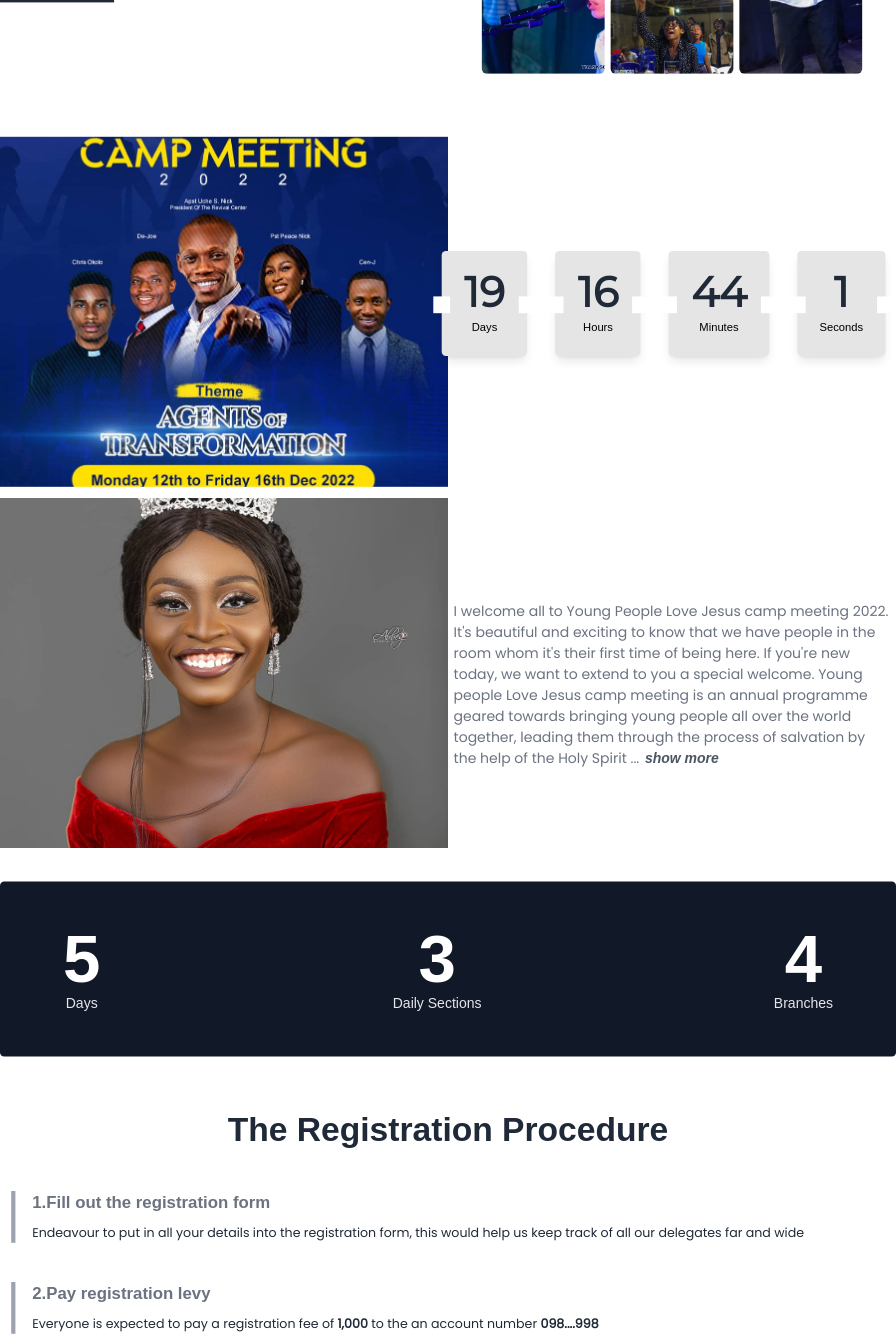
Repository: Ifenna-Pascal/user-camp-onboarding
Page: /
These files come from the project's save history. The page is drawn as it stood at one moment and after the next save; the edit follows.
The browser window is 1280 px wide. The pictures show the part of the page from y = 609 to 2529 px (the page is 3406 px tall), at 70% of full size.
Some web fonts or font styles are not loaded; a fallback is used. The project was rebuilt for these pictures with package versions that can differ from the ones it lists, and the page was loaded fresh each time. The framework's server and built-in components were replaced by stand-ins that run in the browser. Also part of the build but not shown: next.config.js, components/hooks/useSetting.jsx, components/general/Carousel.jsx, components/sections/HowItWorks.jsx, styles/Home.module.css.

Above is the page before, as saved 2022-11-26 11:24:46.

### pages/_app.js
import Mainlayout from "../components/layout";
import "../styles/globals.css";
import "remixicon/fonts/remixicon.css";

function MyApp({ Component, pageProps }) {
  return (
    <Mainlayout>
      <Component {...pageProps} />
    </Mainlayout>
  );
}

export default MyApp;

### components/layout/index.jsx
import React from "react";
import Footer from "./Footer";
import Nav from "./Nav";

function Mainlayout({ children }) {
  return (
    <div className="relative">
      <Nav />
      <main>{children}</main>
      <Footer />
    </div>
  );
}

export default Mainlayout;

### styles/globals.css
@import url('https://fonts.googleapis.com/css2?family=Poppins&family=Sono:wght@400;500&display=swap');
@import url('https://fonts.googleapis.com/css2?family=Montserrat&family=Source+Sans+Pro&display=swap');

* {
  padding: 0;
  margin: 0;
  box-sizing: border-box;
  scroll-behavior: smooth;
}

html,
body {
  padding: 0;
  margin: 0;
  font-family: -apple-system, BlinkMacSystemFont, Segoe UI, Roboto, Oxygen,
    Ubuntu, Cantarell, Fira Sans, Droid Sans, Helvetica Neue, sans-serif;
}

a {
  color: inherit;
  text-decoration: none;
}

* {
  box-sizing: border-box;
}

@media (prefers-color-scheme: dark) {
  html {
    color-scheme: dark;
  }
  body {
    color: white;
    background: black;
  }
}

@tailwind base;
@tailwind components;
@tailwind utilities;

### components/layout/Footer.jsx
import React from "react";

function Footer() {
  return (
    <div className="bg-gray-900 w-full h-[70px]  flex items-center justify-center">
      <p className="text-center flex items-center text-white font-sono text-xl">
        {" "}
        <span className="text-4xl mr-2">&copy;</span> YPLJ Camp Meeting 2022{" "}
      </p>
    </div>
  );
}

export default Footer;

### components/layout/Nav.jsx
import Link from "next/link";
import { useRouter } from "next/router";
import React, { useState } from "react";
import Button from "../general/Button";
import NavLink from "../general/NavLink";

function Nav() {
  const [show, setShow] = useState(false);
  const router = useRouter();
  const toggle = () => {
    setShow(!show);
  };
  return (
    <div className="lg:sticky  top-0 w-full shadow-sm mb-4 z-50 px-6 lg:px-0 bg-white">
      <nav className="w-full lg:py-6 py-5 flex items-center  lg:max-w-[1450px] lg:mx-auto justify-between">
        <Link href="/">
          {" "}
          <h1 className="font-sono text-2xl lg:text-4xl ">YEMs</h1>
        </Link>
        <ul className="lg:flex items-center hidden justify-between">
          <NavLink href="/#home" name="About Us" />
          <NavLink href="/#process" name="Process" />
          <NavLink href="/#reviews" name="Reviews" />
          <Link href="/register">
            <Button text="Register" />
          </Link>
        </ul>
        <button
          className='block md:hidden className="w-full px-2 py-1 rounded-lg text-AP-grey-200 hover:text-AP-blue-200 border-AP-grey-200 hover:border-AP-blue-400'
          onClick={toggle}
        >
          <i
            className={`${
              !show ? "ri-menu-3-fill duration-500" : "ri-close-line"
            } text-2xl text-gray-800`}
          />
        </button>
      </nav>
      <div
        className={`flex lg:hidden ${
          show
            ? "flex duration-500  flex-col items-center space-y-8 pt-2 "
            : "hidden"
        }`}
      >
        <NavLink href="/#home" name="About Us" />
        <NavLink href="/#process" name="Process" />
        <NavLink href="/#reviews" name="Reviews" />
        {router.pathname !== "/register" && (
          <Link href="/register">
            <Button text="Register" onClick={() => setShow(false)} />
          </Link>
        )}
      </div>
    </div>
  );
}

export default Nav;

### components/sections/Hero.jsx
import Link from "next/link";
import React from "react";
import Button from "../general/Button";
import HeroRight from "../general/HeroRight";

function Hero() {
  return (
    <div
      id="home"
      className="lg:h-[90vh] min-h-screen  grid grid-cols-1 lg:grid-cols-2"
    >
      <div className="w-full flex py-6 lg:py-0  lg:-mt-8 lg:items-start items-center flex-col justify-center h-full">
        <h1 className="text-3xl lg:text-6xl text-gray-800 text-center lg:text-left leading-[50px] lg:leading-[75px] font-semibold font-sono">
          Raising Agents Of Transformation
        </h1>

        <p className="text-lg lg:max-w-[600px] text-gray-700 py-2 text-center lg:text-left leading-[35px] lg:leading-[30px] font-poppins px-4 lg:px-0 lg:pr-[50px]">
          In the last days, says the Lord, I will pour out my spirit upon all
          flesh, and your <b>sons and daughters</b> shall prophesy, your old men
          shall dream dreams, shall see visions. <strong>Joel 2:28</strong>
        </p>
        <div className="mt-4">
          <Link href={"/register"}>
            {" "}
            <Button text={"Join Us"} />
          </Link>
        </div>
      </div>
      <div className="lg:p-4 w-[97%]   h-full mx-auto lg:w-full">
        {" "}
        <HeroRight />{" "}
      </div>
    </div>
  );
}

export default Hero;

### components/sections/Numerics.jsx
import React from "react";
import CountUp from "react-countup";
function Numerics() {
  return (
    <div className="bg-gray-900 rounded-md px-3 lg:px-0 flex lg:flex-row flex-col justify-center my-12 min-h-[600px] lg:min-h-[250px] w-full">
      <div className="lg:max-w-[1100px] flex lg:flex-row flex-col lg:items-center w-full justify-between mx-auto">
        <Numeric figure={5} text="Days" />
        <Numeric figure={3} text="Daily Sections" />
        <Numeric figure={4} text="Branches" />
      </div>
    </div>
  );
}

export default Numerics;

const Numeric = ({ figure, text }) => (
  <div className="flex flex-col cursor-pointer mb-12 lg:mb-0 items-center">
    <h1 className="text-white hover:scale-[1.3] hover:mb-2 duration-500 font-sono font-semibold text-8xl">
      <CountUp
        end={figure}
        duration={2.75}
        useEasing
        enableScrollSpy
        scrollSpyDelay={1}
      />
    </h1>
    <p className="text-center font-sono text-xl text-gray-200">{text}</p>
  </div>
);

### components/sections/Reviews.jsx
import React from "react";
import Header from "../general/Header";
import ReviewCarousel from "../general/ReviewCarousel";

function Reviews() {
  return (
    <div className="mb-24" id="reviews">
      <Header
        header={"What The People Say..."}
        // content="Lorem ipsum dolor sit amet consectetur adipisicing elit. Culpa saepe iusto nisi! Nostrum tempore consequatur rerum! Cumque sequi tenetur ea! Impedit delectus facere est cupiditate, voluptatibus adipisci ipsum consectetur beatae."
      />
      <ReviewCarousel />
    </div>
  );
}

export default Reviews;

### components/sections/Speech.jsx
/* eslint-disable @next/next/no-img-element */
import React, { useState } from "react";

function Speech() {
  const [show, setShow] = useState(false);
  let p = `  I welcome all to Young People Love Jesus camp meeting 2022. It's
    beautiful and exciting to know that we have people in the room whom
    it's their first time of being here. If you're new today, we want to
    extend to you a special welcome. Young people Love Jesus camp meeting
    is an annual programme geared towards bringing young people all over
    the world together, leading them through the process of salvation by
    the help of the Holy Spirit (for those who haven't experienced this),
    passing them through teachings and training made to equip them for the
    days ahead, and helping them through Christ fulfill their purposes.
    The theme for this year - Agents of Transformation - has kept me
    bubbling with excitement and earnest expectation as to what this
    year's camp meeting holds for us and I can't wait to take hold of the
    prophesies and words from God for me and I hope it's same with you?
    The Lord is about to take us to a new level, are you ready for it?
    Like our Daddy, Apostle Uche S. Nick would say, With Jesus joy in my
    heart,I say once again, you're welcome!`;
  let distance = show ? p.length - 1 : 464;
  return (
    <div className="grid grid-cols-1 lg:grid-cols-2 pt-12 items-center justify-center ">
      <div className="w-full -mt-8  h-[500px]">
        <img
          src="/assets/miss.jpg"
          alt="campFlyer"
          className="w-full h-full object-center object-cover"
        />
      </div>
      <div>
        <p className="text-left block text-xl  font-poppins  leading-[30px] text-gray-500 py-4 px-2">
          {p.substring(0, distance)}...
          <span
            className="font-semibold italic duration-300 px-2 cursor-pointer font-sono text-gray-600"
            onClick={() => setShow(!show)}
          >
            {show ? "show less" : "show more"}
          </span>
        </p>
      </div>
    </div>
  );
}

export default Speech;

### components/sections/Steps.jsx
import React from "react";
import Header from "../general/Header";

const Payment = () => (
  <p>
    Everyone is expected to pay a registration fee of <strong>1,000</strong> to
    the an account number <strong>098....998</strong>
  </p>
);

function Steps() {
  return (
    <div className="flex items-start my-6 mx-4 flex-col">
      <Header header="The Registration Procedure " />
      <StepProcess
        header="1.Fill out the registration form"
        content="Endeavour to put in all your details into the registration form, this would help us keep track of all our delegates far and wide"
      />
      <StepProcess header="2.Pay registration levy" content=<Payment /> />
      <StepProcess
        header="3.Send out proof of payment"
        content={`Send proof of payment to the specified whatsApp contact `}
      />{" "}
    </div>
  );
}

export default Steps;

const StepProcess = ({ header, content }) => {
  return (
    <div
      className={`
        border-l-[6px] block pl-6
      mb-14 duration-500 border-gray-400 lg:pr-16`}
    >
      <h1
        className={`font-sono mb-3
          text-gray-500
        text-2xl block font-semibold`}
      >
        {header}
      </h1>
      <p
        className={`block text-lg font-poppins  leading-[30px]
           text-gray-800
        `}
      >
        {content}
      </p>
    </div>
  );
};

### components/general/Button.jsx
import React from "react";

function Button({ text, ...rest }) {
  return (
    <button
      className="bg-gray-800 px-12 py-3 hover:bg-white hover:text-black hover:border hover:border-black duration-500 hover:ease-in-out text-white font-sono text-xl"
      {...rest}
    >
      {text}
    </button>
  );
}

export default Button;

### components/general/NavLink.jsx
import Link from "next/link";
import React from "react";

function NavLink({ href, name }) {
  return (
    <Link href={href}>
      <span className="text-black px-4 text-xl font-sono mr-6 font-500">
        {name}
      </span>
    </Link>
  );
}

export default NavLink;

### components/general/HeroRight.jsx
/* eslint-disable @next/next/no-img-element */
import React from "react";

function HeroRight() {
  return (
    <div className="grid grid-cols-3 lg:px-8   mt-8 lg:my-0 pr-0  max-h-[700px] w-full gap-2 grid-rows-6">
      <div class="w-full row-start-1 row-span-3">
        <img
          src="/assets/camping20.jpg"
          alt="Photo by Claudio Schwarz on Unsplash"
          class="inset-0 h-full w-full object-cover object-center  rounded-lg  "
        />
      </div>
      <div class="w-full row-start-4  col-span-1 col-start-1 row-end-6">
        <img
          src="/assets/camp5.jpg"
          alt="Photo by Claudio Schwarz on Unsplash"
          class="inset-0 h-full w-full object-cover object-center  rounded-lg  "
        />
      </div>
      {/* <div className="grid  gap-y-4 h-full w-full h-full row-span-5  col-span-1"> */}
      <div className="row-start-1  w-full row-span-1 col-start-2 col-span-1">
        {/* <ImageBox color="bg-red-400" /> */}
        <img
          src="/assets/camp6.jpg"
          alt="Photo by Claudio Schwarz on Unsplash"
          class="inset-0 h-full w-full object-cover object-center  rounded-lg  "
        />
      </div>
      <div className="row-start-2 row-span-3  w-full col-start-2 col-span-1">
        <img
          src="/assets/camp13.jpg"
          alt="Photo by Claudio Schwarz on Unsplash"
          class="inset-0 h-full w-full object-cover object-center  rounded-lg  "
        />
      </div>
      <div className="row-start-5  w-full  row-span-1 col-start-2 col-span-1">
        <img
          src="/assets/camp3.jpg"
          alt="Photo by Claudio Schwarz on Unsplash"
          class="inset-0 h-full w-full object-cover object-center  rounded-lg  "
        />
      </div>
      <div className="col-start-3  row-span-2">
        <img
          src={"/assets/camp11.jpg"}
          alt="Photo by Claudio Schwarz on Unsplash"
          class="inset-0 h-full w-full object-cover object-center bg-center  rounded-lg  "
        />
      </div>
      <div className="col-start-3  row-start-3 row-span-3">
        <img
          src={"/assets/camp10.jpg"}
          alt="Photo by Claudio Schwarz on Unsplash"
          class="inset-0 h-full w-full object-cover object-center bg-center  rounded-lg  "
        />
      </div>
    </div>
  );
}

export default HeroRight;

const ImageBox = ({ color }) => {
  return (
    <div className={`w-full h-full bg-red  rounded-lg-lg ${color}`}>
      <img
        src="https://images.unsplash.com/photo-1539183204366-63a0589187ab?ixlib=rb-4.0.3&ixid=MnwxMjA3fDB8MHxzZWFyY2h8MTh8fGNhbXBpbmd8ZW58MHx8MHx8&auto=format&fit=crop&w=600&q=60"
        alt="image"
        className=" rounded-lg-lg"
      />
    </div>
  );
};

### components/general/Header.jsx
import React from "react";

function Header({ header, content }) {
  return (
    <div className="flex flex-col px-2 lg:px-0 lg:max-w-[1000px] mx-auto items-center justify-center py-6 lg:py-8">
      <h1 className="text-gray-800 text-center lg:text-left text-2xl lg:text-5xl font-semibold font-sono block ">
        {header}
      </h1>
      <p className="block text-base  lg:text-lg text-center font-poppins text-gray-800 leading-[30px] py-2 lg:py-4">
        {content}
      </p>
    </div>
  );
}

export default Header;

### components/general/ReviewCard.jsx
/* eslint-disable jsx-a11y/alt-text */
/* eslint-disable @next/next/no-img-element */
import React from "react";

function ReviewCard({ name, role, src }) {
  return (
    <div className="min-w-[300px] relative  mx-4 min-h-[300px] flex shadow-md">
      <div className="flex absolute top-2 left-2 py-2">
        <i className="ri-single-quotes-r text-5xl text-gray-300 font-semibold"></i>
        <i className="ri-single-quotes-r text-5xl -ml-5  text-gray-300 font-semibold"></i>
      </div>
      <div className="flex flex-col relative pt-16 pb-6 px-5">
        <p className="py-4 font-poppins text-basev text-gray-600">
          Lorem ipsum dolor sit amet, consectetur adipisicing elit. Rem
          laudantium perferendis voluptas ipsa ea corrupti iure nulla repellat
          soluta praesentium quae pariatur quaerat a eligendi, illo dicta!
          Veniam quas iusto ex laudantium error aut, quisquam beatae, doloribus,
          ipsa odit ducimus.
        </p>
        <div className="flex flex-col w-full">
          <div className="w-[60px] mt-3 h-[60px]">
            <img
              className="w-full rounded-[50%] object-center object-cover bg-center bg-cover h-full"
              src={src}
            />
          </div>
          <h1 className="font-sono pt-2 text-lg font-semibold">{name}</h1>
          <p className="text-base font-sono text-gray-600">{role}</p>
        </div>
      </div>
    </div>
  );
}

export default ReviewCard;

Loaded but not shown: pages/index.js (28 lines, source omitted); tailwind.config.js (18 lines, source omitted); components/sections/CountDown.jsx (94 lines, source omitted); components/general/ReviewCarousel.jsx (95 lines, source omitted)

After the next save:
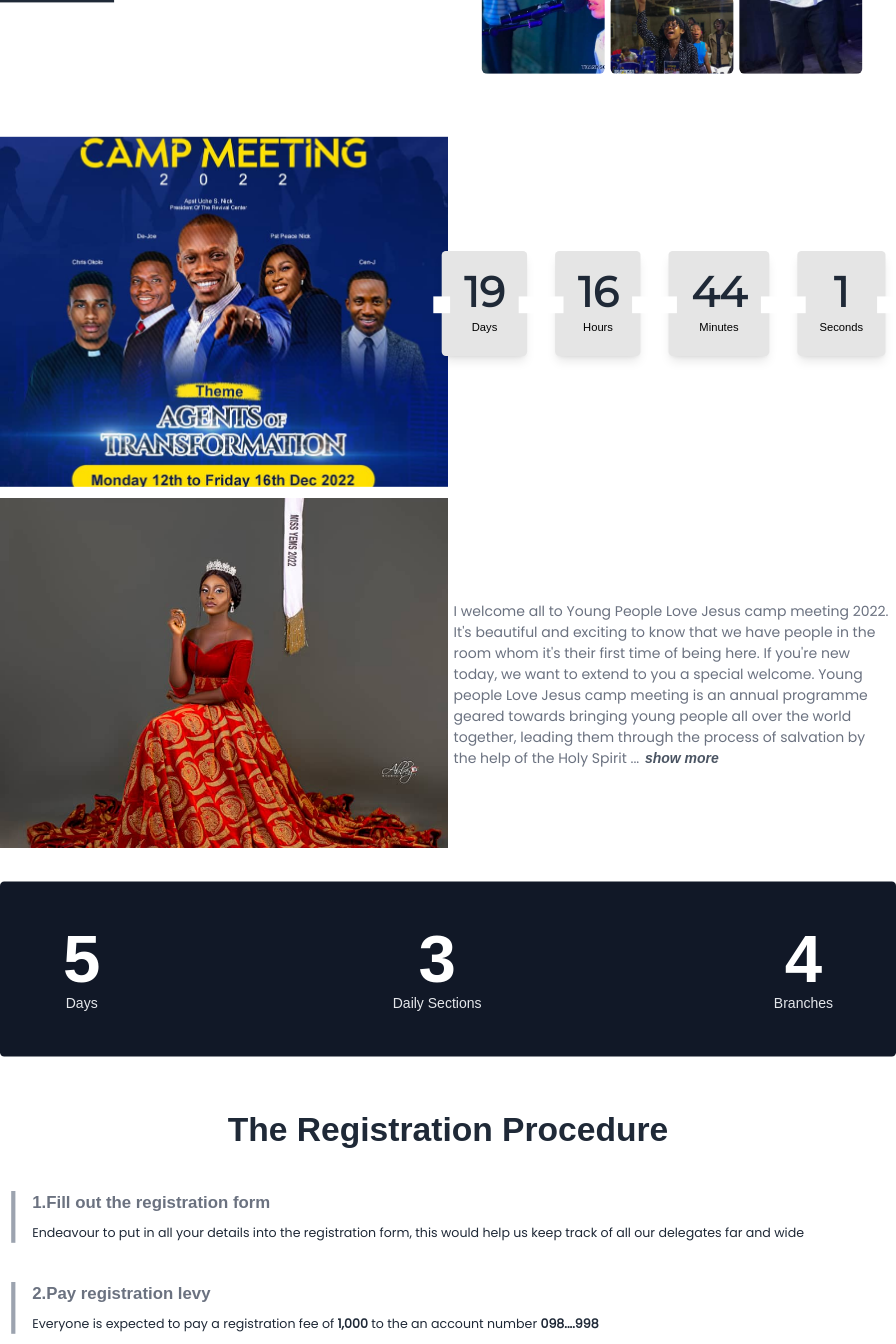
Saved 2 min 0 s later.
--- a/components/sections/Speech.jsx
+++ b/components/sections/Speech.jsx
@@ -24,7 +24,7 @@
     <div className="grid grid-cols-1 lg:grid-cols-2 pt-12 items-center justify-center ">
       <div className="w-full -mt-8  h-[500px]">
         <img
-          src="/assets/miss.jpg"
+          src="/assets/miss2.jpg"
           alt="campFlyer"
           className="w-full h-full object-center object-cover"
         />

After the save that followed:
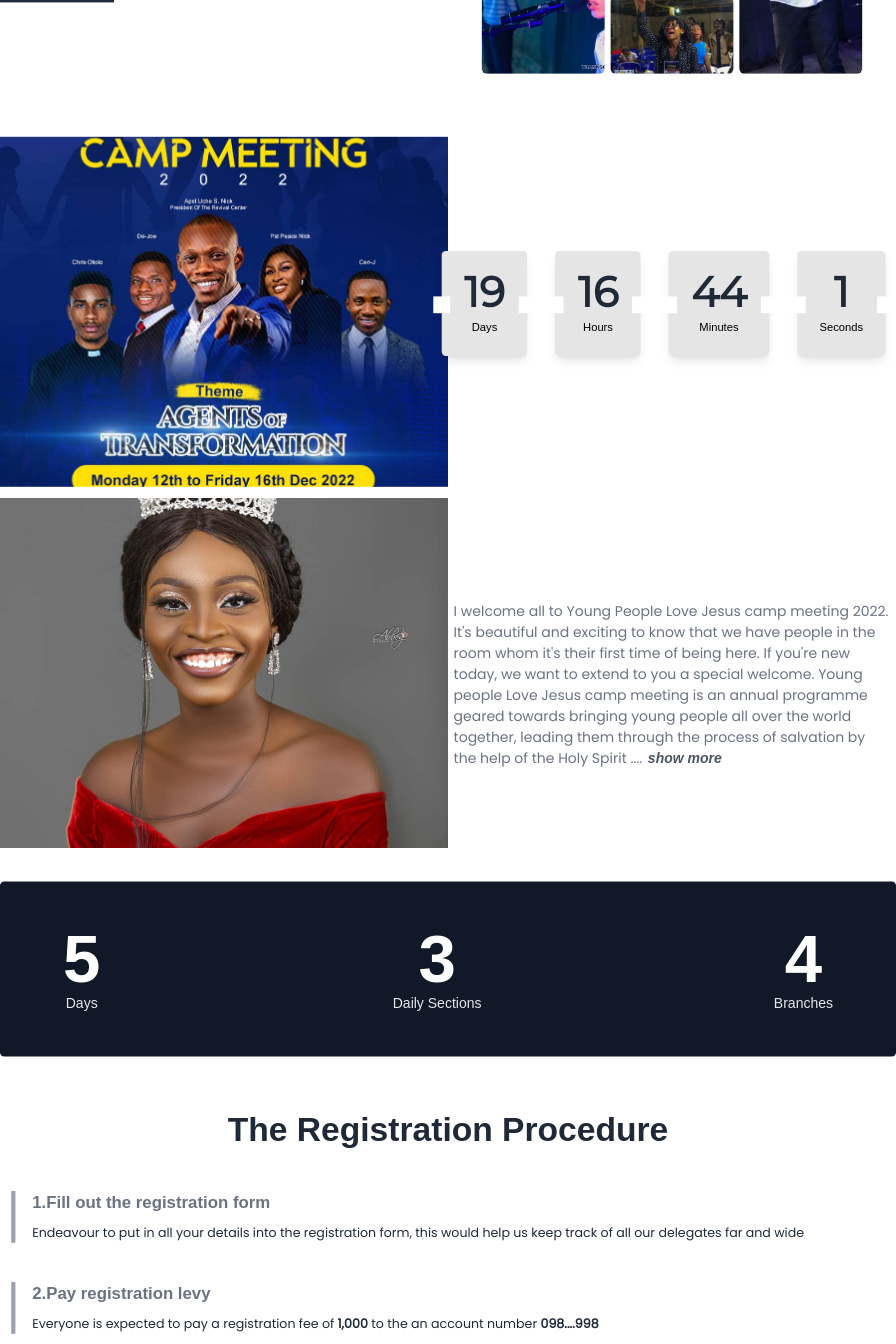
Saved 21 s later.
--- a/components/sections/Speech.jsx
+++ b/components/sections/Speech.jsx
@@ -24,14 +24,14 @@
     <div className="grid grid-cols-1 lg:grid-cols-2 pt-12 items-center justify-center ">
       <div className="w-full -mt-8  h-[500px]">
         <img
-          src="/assets/miss2.jpg"
+          src="/assets/miss.jpg"
           alt="campFlyer"
           className="w-full h-full object-center object-cover"
         />
       </div>
       <div>
         <p className="text-left block text-xl  font-poppins  leading-[30px] text-gray-500 py-4 px-2">
-          {p.substring(0, distance)}...
+          {p.substring(0, distance)}....
           <span
             className="font-semibold italic duration-300 px-2 cursor-pointer font-sono text-gray-600"
             onClick={() => setShow(!show)}
